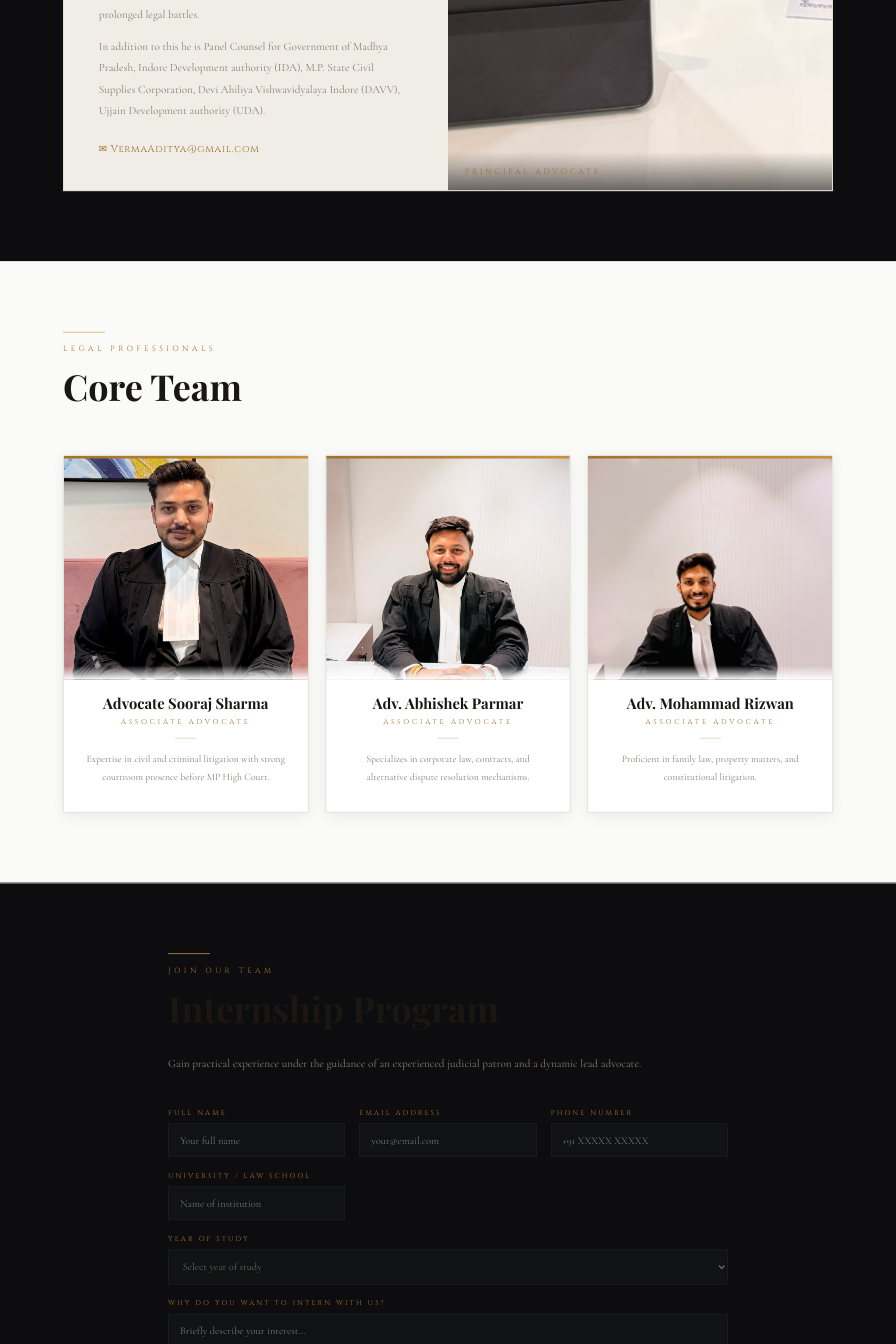
Repository: leesha19/aditya-verma-and-associates
Page: /
An editor plug-in stored every save of this project. The page is shown before and after the next save, followed by the edit.
The browser window is 1280 px wide. The pictures show the part of the page from y = 3220 to 5140 px (the page is 6707 px tall), at 70% of full size.
The project was rebuilt for these pictures with package versions that can differ from the ones it lists, and the page was loaded fresh each time. Also part of the build but not shown: src/components/ui/Avatar.js.

Above is the page before, as saved 2026-04-20 00:28:50.

### public/index.html
<!DOCTYPE html>
<html lang="en">
  <head>
    <meta charset="utf-8" />
    <meta name="viewport" content="width=device-width, initial-scale=1" />
    <meta name="theme-color" content="#0A0A0B" />
    <meta name="description" content="Verma Law Associates - Dedicated legal counsel in Indore, Madhya Pradesh" />
    <title>Verma Law Associates</title>
  </head>
  <body>
    <noscript>You need to enable JavaScript to run this app.</noscript>
    <div id="root"></div>
  </body>
</html>

### src/App.js
import './styles/global.css';
import Navbar from './components/layout/Navbar';
import Footer from './components/layout/Footer';
import HomePage from './pages/HomePage';

export default function App() {
  return (
    <div>
      <Navbar />
      <HomePage />
      <Footer />
    </div>
  );
}

### src/styles/global.css
@import url('https://fonts.googleapis.com/css2?family=Playfair+Display:wght@400;600;700;900&family=Cormorant+Garamond:wght@300;400;500;600&family=Cinzel:wght@400;600;700&display=swap');

*, *::before, *::after { box-sizing: border-box; margin: 0; padding: 0; }

html { scroll-behavior: smooth; }

body {
  background: #0A0A0B;
  color: #D4CFC6;
  font-family: 'Cormorant Garamond', serif;
  overflow-x: hidden;
}

::-webkit-scrollbar { width: 4px; }
::-webkit-scrollbar-track { background: #0A0A0B; }
::-webkit-scrollbar-thumb { background: #C9A84C; border-radius: 2px; }

input, textarea, select {
  outline: none;
  font-family: 'Cormorant Garamond', serif;
  transition: border-color 0.3s;
}
input:focus, textarea:focus, select:focus { border-color: #C9A84C !important; }

.nav-link { position: relative; }
.nav-link::after {
  content: '';
  position: absolute;
  bottom: -4px; left: 0;
  width: 0; height: 1px;
  background: #C9A84C;
  transition: width 0.3s;
}
.nav-link:hover::after { width: 100%; }

.gold-line::before {
  content: '';
  display: block;
  width: 60px; height: 1px;
  background: #C9A84C;
  margin-bottom: 16px;
}

@keyframes fadeInDown {
  from { opacity: 0; transform: translateY(-20px); }
  to   { opacity: 1; transform: translateY(0); }
}

@media (max-width: 768px) {
  .desktop-nav { display: none !important; }
  #hamburger   { display: flex !important; }
}

### src/components/layout/Footer.js
import { COLORS, FONTS } from "../../constants/theme";
import { NAV_LINKS } from "../../constants/data";
import { scrollToSection } from "../../utils/helpers";
import ScaleIcon from "../ui/ScaleIcon";

export default function Footer() {
  return (
    <footer style={{ padding: "40px clamp(16px, 5vw, 80px)", borderTop: `1px solid ${COLORS.darkBorder}`, background: "#060607" }}>
      <div style={{ maxWidth: 1100, margin: "0 auto", display: "flex", flexWrap: "wrap", gap: 20, alignItems: "center", justifyContent: "space-between" }}>
        <div style={{ display: "flex", alignItems: "center", gap: 12, cursor: "pointer" }} onClick={() => scrollToSection("hero")}>
          <ScaleIcon size={24} />
          <div>
            <div style={{ fontFamily: FONTS.heading, fontSize: 13, color: COLORS.gold, letterSpacing: 3 }}>VERMA LAW ASSOCIATES</div>
            <div style={{ fontFamily: FONTS.heading, fontSize: 9, color: COLORS.textMuted, letterSpacing: 2 }}>INDORE, MADHYA PRADESH</div>
          </div>
        </div>
        <div style={{ color: COLORS.textMuted, fontSize: 12, fontFamily: FONTS.heading, letterSpacing: 1, textAlign: "center" }}>
          © {new Date().getFullYear()} Verma Law Associates. All rights reserved.<br />
          <span style={{ fontSize: 10 }}>302, Block B, Indavar House, Tukoganj, Indore – 452001</span>
        </div>
        <div style={{ display: "flex", gap: 20, flexWrap: "wrap" }}>
          {NAV_LINKS.map(({ label, id }) => (
            <button key={id} onClick={() => scrollToSection(id)}
              style={{ background: "none", border: "none", color: COLORS.textMuted, fontSize: 10, fontFamily: FONTS.heading, letterSpacing: 2, cursor: "pointer", transition: "color 0.3s" }}
              onMouseEnter={(e) => (e.target.style.color = COLORS.gold)}
              onMouseLeave={(e) => (e.target.style.color = COLORS.textMuted)}
            >{label.toUpperCase()}</button>
          ))}
        </div>
      </div>
    </footer>
  );
}

### src/pages/HomePage.js
import HeroSection from "../sections/HeroSection";
import AboutSection from "../sections/AboutSection";
import AdityaSection from "../sections/AdityaSection";
import CoreTeamSection from "../sections/CoreTeamSection";
import InternshipSection from "../sections/InternshipSection";
import ContactSection from "../sections/ContactSection";

export default function HomePage() {
  return (
    <main>
      <HeroSection />
      <AboutSection />
      <AdityaSection />
      <CoreTeamSection />
      <InternshipSection />
      <ContactSection />
    </main>
  );
}

### src/constants/theme.js
export const COLORS = {
  gold: "#A0722A",
  goldLight: "#C9903E",
  dark: "#FAFAF8",
  darkCard: "#F0EDE7",
  darkBorder: "#DDD8CF",
  cream: "#1A1612",
  text: "#3D3630",
  textMuted: "#8C7E70",
};

export const FONTS = {
  display: "'Playfair Display', serif",
  heading: "'Cinzel', serif",
  body: "'Cormorant Garamond', serif",
};

### src/hooks/useScrolled.js
import { useEffect, useState } from "react";

export function useScrolled(offset = 60) {
  const [scrolled, setScrolled] = useState(false);
  useEffect(() => {
    const fn = () => setScrolled(window.scrollY > offset);
    window.addEventListener("scroll", fn, { passive: true });
    return () => window.removeEventListener("scroll", fn);
  }, [offset]);
  return scrolled;
}

### src/utils/helpers.js
export function scrollToSection(id) {
  const el = document.getElementById(id);
  if (el) el.scrollIntoView({ behavior: "smooth" });
}

export function fadeUpStyle(inView, delay = 0) {
  return {
    opacity: inView ? 1 : 0,
    transform: inView ? "translateY(0)" : "translateY(40px)",
    transition: `opacity 0.8s ease ${delay}s, transform 0.8s ease ${delay}s`,
  };
}

### src/components/ui/ScaleIcon.js
import { COLORS } from "../../constants/theme";

export default function ScaleIcon({ size = 40 }) {
  return (
    <svg width={size} height={size} viewBox="0 0 40 40" fill="none" aria-label="Scales of Justice">
      <line x1="20" y1="4"  x2="20" y2="36" stroke={COLORS.gold} strokeWidth="1.5" />
      <line x1="4"  y1="10" x2="36" y2="10" stroke={COLORS.gold} strokeWidth="1.5" />
      <circle cx="9"  cy="18" r="5" stroke={COLORS.gold} strokeWidth="1.2" fill="none" />
      <circle cx="31" cy="18" r="5" stroke={COLORS.gold} strokeWidth="1.2" fill="none" />
      <line x1="4"  y1="10" x2="9"  y2="18" stroke={COLORS.gold} strokeWidth="1.2" />
      <line x1="36" y1="10" x2="31" y2="18" stroke={COLORS.gold} strokeWidth="1.2" />
      <line x1="14" y1="36" x2="26" y2="36" stroke={COLORS.gold} strokeWidth="1.5" />
    </svg>
  );
}

### src/sections/AboutSection.js
import { COLORS } from "../constants/theme";
import { useInView } from "../hooks/useInView";
import { fadeUpStyle } from "../utils/helpers";
import { PATRON } from "../constants/data";
import SectionHeader from "../components/ui/SectionHeader";
import ProfileCard from "../components/ui/ProfileCard";

export default function AboutSection() {
  const [ref, inView] = useInView();
  return (
    <section id="about" style={{ padding: "100px clamp(16px, 5vw, 80px)", borderTop: `1px solid ${COLORS.darkBorder}`, background: `linear-gradient(180deg, ${COLORS.dark}, #0D0D10)` }}>
      <div ref={ref} style={{ maxWidth: 1100, margin: "0 auto" }}>
        <div style={fadeUpStyle(inView)}><SectionHeader label="ABOUT US" heading="Our Distinguished Patron" /></div>
        <div style={fadeUpStyle(inView, 0.2)}><ProfileCard person={PATRON} flip={false} /></div>
      </div>
    </section>
  );
}

### src/sections/AdityaSection.js
import { useInView } from "../hooks/useInView";
import { fadeUpStyle } from "../utils/helpers";
import { LEAD_ADVOCATE } from "../constants/data";
import SectionHeader from "../components/ui/SectionHeader";
import ProfileCard from "../components/ui/ProfileCard";

export default function AdityaSection() {
  const [ref, inView] = useInView();
  return (
    <section id="aditya" style={{ padding: "100px clamp(16px, 5vw, 80px)", background: "#0D0D10" }}>
      <div ref={ref} style={{ maxWidth: 1100, margin: "0 auto" }}>
        <div style={fadeUpStyle(inView)}><SectionHeader label="LEAD COUNSEL" heading="Principal Advocate" /></div>
        <div style={fadeUpStyle(inView, 0.2)}><ProfileCard person={LEAD_ADVOCATE} flip /></div>
      </div>
    </section>
  );
}

### src/sections/CoreTeamSection.js
import { COLORS } from "../constants/theme";
import { useInView } from "../hooks/useInView";
import { fadeUpStyle } from "../utils/helpers";
import { CORE_TEAM } from "../constants/data";
import SectionHeader from "../components/ui/SectionHeader";
import CoreTeamCard from "../components/ui/CoreTeamCard";

export default function CoreTeamSection() {
  const [ref, inView] = useInView();
  return (
    <section id="core-team" style={{ padding: "100px clamp(16px, 5vw, 80px)", background: COLORS.dark, borderTop: `1px solid ${COLORS.darkBorder}` }}>
      <div ref={ref} style={{ maxWidth: 1100, margin: "0 auto" }}>
        <div style={fadeUpStyle(inView)}><SectionHeader label="LEGAL PROFESSIONALS" heading="Core Team" /></div>
        <div style={{ display: "grid", gridTemplateColumns: "repeat(auto-fit, minmax(280px, 1fr))", gap: 24 }}>
          {CORE_TEAM.map((member, i) => (
            <CoreTeamCard key={member.name} member={member} style={fadeUpStyle(inView, i * 0.15)} />
          ))}
        </div>
      </div>
    </section>
  );
}

### src/sections/ContactSection.js
import { COLORS, FONTS } from "../constants/theme";
import { useInView } from "../hooks/useInView";
import { fadeUpStyle } from "../utils/helpers";
import { PATRON, LEAD_ADVOCATE, CONTACT } from "../constants/data";
import SectionHeader from "../components/ui/SectionHeader";
import ContactCard from "../components/ui/ContactCard";

const CARDS = [
  { icon: "⚖", title: PATRON.name,         lines: [PATRON.phone, "Patron & Former Judge, MP High Court"] },
  { icon: "⚖", title: LEAD_ADVOCATE.name,  lines: [LEAD_ADVOCATE.phone, LEAD_ADVOCATE.email] },
  { icon: "📍", title: "Office Address",    lines: [CONTACT.address.line1, CONTACT.address.line2, CONTACT.address.line3, CONTACT.address.line4] },
];

export default function ContactSection() {
  const [ref, inView] = useInView();
  return (
    <section id="contact" style={{ padding: "100px clamp(16px, 5vw, 80px)", background: COLORS.dark, borderTop: `1px solid ${COLORS.darkBorder}` }}>
      <div ref={ref} style={{ maxWidth: 1100, margin: "0 auto", ...fadeUpStyle(inView) }}>
        <SectionHeader label="REACH US" heading="Contact Us" />

        <div style={{ display: "grid", gridTemplateColumns: "repeat(auto-fit, minmax(280px, 1fr))", gap: 24, marginBottom: 48 }}>
          {CARDS.map((card, i) => (
            <ContactCard key={card.title} {...card} style={fadeUpStyle(inView, i * 0.1)} />
          ))}
        </div>

        <div style={fadeUpStyle(inView, 0.3)}>
          <div style={{ display: "flex", alignItems: "center", gap: 12, marginBottom: 20 }}>
            <div style={{ width: 32, height: 1, background: COLORS.gold }} />
            <span style={{ fontFamily: FONTS.heading, fontSize: 11, letterSpacing: 4, color: COLORS.gold }}>FIND US ON MAP</span>
          </div>
          <div style={{ border: `1px solid ${COLORS.darkBorder}`, overflow: "hidden", position: "relative" }}>
            <div style={{ position: "absolute", top: 0, left: 0, right: 0, height: 2, background: `linear-gradient(90deg, ${COLORS.gold}, #E8C97A, ${COLORS.gold})`, zIndex: 1 }} />
            <iframe title="Office Location" src={CONTACT.mapEmbedUrl} width="100%" height="420"
              style={{ border: 0, display: "block", filter: "grayscale(100%) invert(90%) contrast(85%)" }}
              allowFullScreen loading="lazy"
            />
          </div>
          <div style={{ marginTop: 12, textAlign: "right" }}>
            <a href={CONTACT.mapLink} target="_blank" rel="noopener noreferrer"
              style={{ color: COLORS.gold, fontSize: 13, fontFamily: FONTS.heading, letterSpacing: 2, textDecoration: "none" }}>
              OPEN IN GOOGLE MAPS →
            </a>
          </div>
        </div>
      </div>
    </section>
  );
}

### src/hooks/useInView.js
import { useEffect, useRef, useState } from "react";

export function useInView(threshold = 0.15) {
  const ref = useRef(null);
  const [inView, setInView] = useState(false);

  useEffect(() => {
    const observer = new IntersectionObserver(
      ([entry]) => { if (entry.isIntersecting) { setInView(true); observer.disconnect(); } },
      { threshold }
    );
    if (ref.current) observer.observe(ref.current);
    return () => observer.disconnect();
  }, [threshold]);

  return [ref, inView];
}

### src/components/ui/GoldButton.js
import { COLORS, FONTS } from "../../constants/theme";

export default function GoldButton({ onClick, children, variant = "solid", type = "button" }) {
  const solid = variant === "solid";

  const style = {
    padding: "14px 40px",
    fontFamily: FONTS.heading,
    fontSize: 12, letterSpacing: 3, fontWeight: 700,
    cursor: "pointer",
    border: solid ? "none" : `1px solid ${COLORS.gold}`,
    background: solid ? `linear-gradient(135deg, ${COLORS.gold}, ${COLORS.goldLight})` : "transparent",
    color: solid ? COLORS.dark : COLORS.gold,
    transition: "transform 0.2s, box-shadow 0.2s, background 0.3s",
  };

  return (
    <button type={type} onClick={onClick} style={style}
      onMouseEnter={(e) => {
        e.currentTarget.style.transform = "translateY(-2px)";
        if (solid) e.currentTarget.style.boxShadow = `0 8px 30px ${COLORS.gold}40`;
        else e.currentTarget.style.background = `${COLORS.gold}15`;
      }}
      onMouseLeave={(e) => {
        e.currentTarget.style.transform = "none";
        e.currentTarget.style.boxShadow = "none";
        if (!solid) e.currentTarget.style.background = "transparent";
      }}
    >
      {children}
    </button>
  );
}

### src/components/ui/SectionHeader.js
import { COLORS, FONTS } from "../../constants/theme";

export default function SectionHeader({ label, heading, style = {} }) {
  return (
    <div className="gold-line" style={{ marginBottom: 64, ...style }}>
      <div style={{ fontFamily: FONTS.heading, fontSize: 11, letterSpacing: 5, color: COLORS.gold, marginBottom: 12 }}>
        {label}
      </div>
      <h2 style={{ fontFamily: FONTS.display, fontSize: "clamp(28px, 4vw, 52px)", color: COLORS.cream, fontWeight: 700 }}>
        {heading}
      </h2>
    </div>
  );
}

### src/components/ui/CoreTeamCard.js
import { COLORS, FONTS } from "../../constants/theme";
import Avatar from "./Avatar";

export default function CoreTeamCard({ member, style = {} }) {
  return (
    <div
      style={{
        background: "#FFFFFF",
        border: `1px solid ${COLORS.darkBorder}`,
        overflow: "hidden",
        transition: "transform 0.3s, box-shadow 0.3s, border-color 0.3s",
        cursor: "default",
        borderRadius: 2,
        boxShadow: "0 4px 20px rgba(0,0,0,0.07)",
        ...style,
      }}
      onMouseEnter={(e) => {
        e.currentTarget.style.transform = "translateY(-8px)";
        e.currentTarget.style.boxShadow = `0 24px 50px rgba(0,0,0,0.13)`;
        e.currentTarget.style.borderColor = `${COLORS.gold}70`;
      }}
      onMouseLeave={(e) => {
        e.currentTarget.style.transform = "none";
        e.currentTarget.style.boxShadow = "0 4px 20px rgba(0,0,0,0.07)";
        e.currentTarget.style.borderColor = COLORS.darkBorder;
      }}
    >
      {/* Photo panel — fixed square crop centered on face */}
      <div style={{
        width: "100%",
        height: 320,
        position: "relative",
        overflow: "hidden",
        background: `linear-gradient(145deg, #EDE8DF, #E0D9CE)`,
      }}>
        {member.photo ? (
          <img
            src={member.photo}
            alt={member.name}
            style={{
              width: "100%",
              height: "100%",
              objectFit: "cover",
              objectPosition: "center 15%",
              display: "block",
            }}
          />
        ) : (
          <div style={{
            width: "100%", height: "100%",
            display: "flex", alignItems: "center", justifyContent: "center",
          }}>
            <Avatar initials={member.initials} size={110} />
          </div>
        )}

        {/* Top gold bar */}
        <div style={{
          position: "absolute", top: 0, left: 0, right: 0,
          height: 4,
          background: `linear-gradient(90deg, ${COLORS.gold}, ${COLORS.goldLight})`,
        }} />

        {/* Bottom fade into white card */}
        <div style={{
          position: "absolute", bottom: 0, left: 0, right: 0,
          height: 20,
          background: "linear-gradient(0deg, #FFFFFF 0%, transparent 100%)",
        }} />
      </div>

      {/* Divider line */}
      <div style={{
        width: 40, height: 1,
        background: COLORS.gold,
        margin: "0 auto",
        marginTop: -1,
      }} />

      {/* Text content */}
      <div style={{
        padding: "20px 28px 36px",
        textAlign: "center",
      }}>
        <h3 style={{
          fontFamily: FONTS.display,
          fontSize: 21,
          color: COLORS.cream,
          fontWeight: 700,
          marginBottom: 6,
          lineHeight: 1.3,
        }}>
          {member.name}
        </h3>

        <div style={{
          fontFamily: FONTS.heading,
          fontSize: 10,
          color: COLORS.gold,
          letterSpacing: 4,
          marginBottom: 16,
        }}>
          {member.role.toUpperCase()}
        </div>

        {/* Small gold rule */}
        <div style={{
          width: 30, height: 1,
          background: `${COLORS.gold}60`,
          margin: "0 auto 16px",
        }} />

        <p style={{
          color: COLORS.textMuted,
          fontSize: 14,
          lineHeight: 1.9,
          fontFamily: FONTS.body,
        }}>
          {member.desc}
        </p>
      </div>
    </div>
  );
}

### src/hooks/useForm.js
import { useState } from "react";

export function useForm(initialValues, onSubmit) {
  const [values, setValues] = useState(initialValues);
  const [submitted, setSubmitted] = useState(false);
  const [loading, setLoading] = useState(false);

  const handleChange = (e) => {
    const { name, value } = e.target;
    setValues((prev) => ({ ...prev, [name]: value }));
  };

  const handleSubmit = async (e) => {
    e.preventDefault();
    setLoading(true);
    await onSubmit(values);
    setLoading(false);
    setSubmitted(true);
  };

  const reset = () => { setValues(initialValues); setSubmitted(false); };

  return { values, handleChange, handleSubmit, submitted, loading, reset };
}

### src/components/ui/ContactCard.js
import { COLORS, FONTS } from "../../constants/theme";

export default function ContactCard({ icon, title, lines, style = {} }) {
  return (
    <div style={{
      background: COLORS.darkCard, border: `1px solid ${COLORS.darkBorder}`,
      padding: "36px 32px", transition: "border-color 0.3s", ...style,
    }}
      onMouseEnter={(e) => (e.currentTarget.style.borderColor = `${COLORS.gold}40`)}
      onMouseLeave={(e) => (e.currentTarget.style.borderColor = COLORS.darkBorder)}
    >
      <div style={{ fontFamily: FONTS.display, fontSize: 28, marginBottom: 16 }}>{icon}</div>
      <h4 style={{ fontFamily: FONTS.heading, fontSize: 12, letterSpacing: 2, color: COLORS.gold, marginBottom: 16 }}>{title.toUpperCase()}</h4>
      {lines.map((line, i) => (
        <p key={i} style={{ color: i === 0 ? COLORS.cream : COLORS.textMuted, fontSize: 14, lineHeight: 1.8, fontWeight: i === 0 ? 500 : 300 }}>
          {line}
        </p>
      ))}
    </div>
  );
}

### src/components/ui/Tag.js
import { COLORS, FONTS } from "../../constants/theme";

export default function Tag({ label }) {
  return (
    <span style={{
      padding: "4px 14px",
      border: `1px solid ${COLORS.gold}50`,
      color: COLORS.gold,
      fontSize: 11,
      fontFamily: FONTS.heading,
      letterSpacing: 1,
    }}>
      {label}
    </span>
  );
}

Loaded but not shown: src/index.js (common file); src/constants/data.js (81 lines, source omitted); src/components/ui/ProfileCard.js (95 lines, source omitted); src/sections/InternshipSection.js (70 lines, source omitted); src/components/layout/Navbar.js (65 lines, source omitted); src/sections/HeroSection.js (39 lines, source omitted)

After the next save:
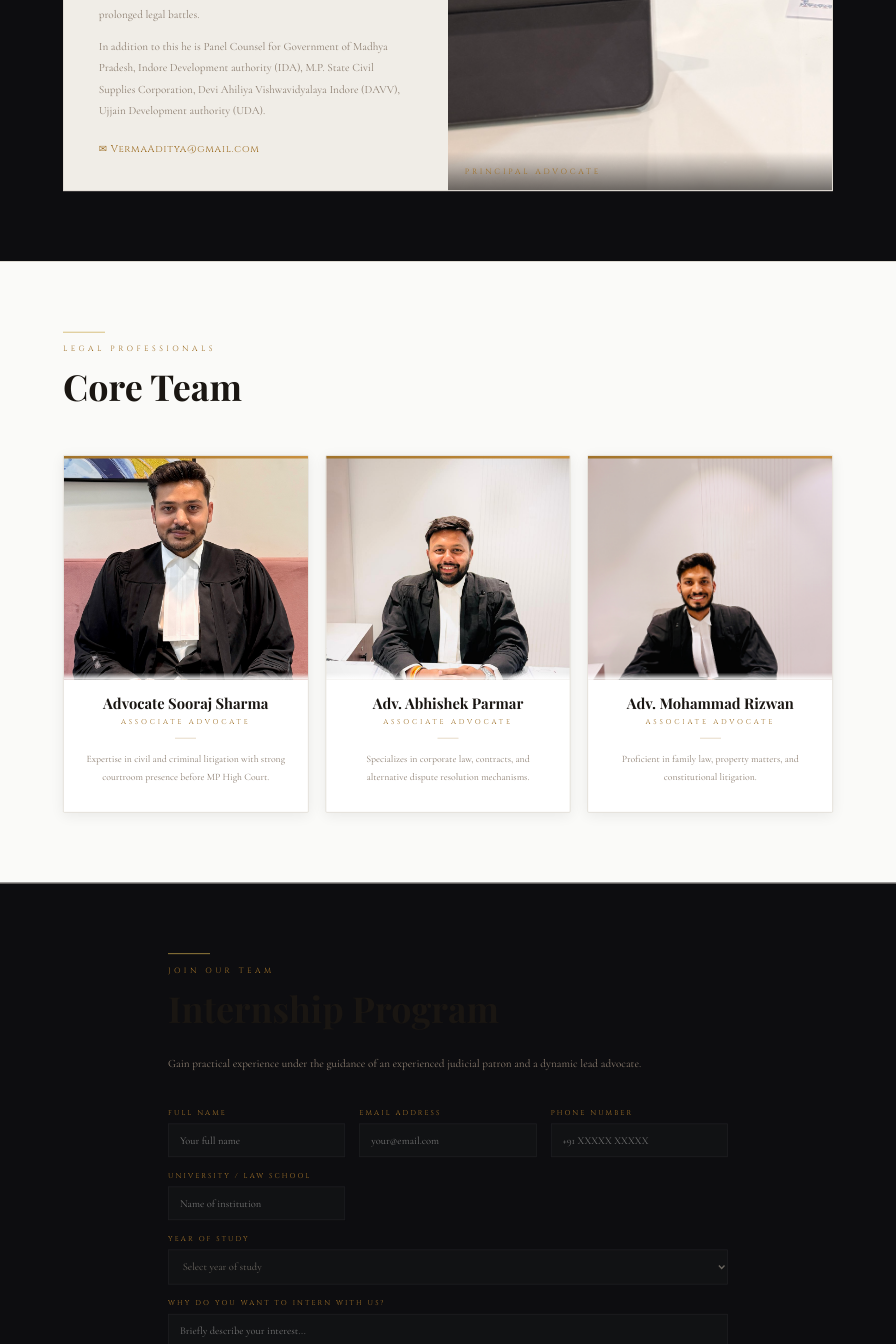
Saved 5 s later.
--- a/src/components/ui/CoreTeamCard.js
+++ b/src/components/ui/CoreTeamCard.js
@@ -64,7 +64,7 @@ export default function CoreTeamCard({ member, style = {} }) {
         {/* Bottom fade into white card */}
         <div style={{
           position: "absolute", bottom: 0, left: 0, right: 0,
-          height: 20,
+          height: 10,
           background: "linear-gradient(0deg, #FFFFFF 0%, transparent 100%)",
         }} />
       </div>
